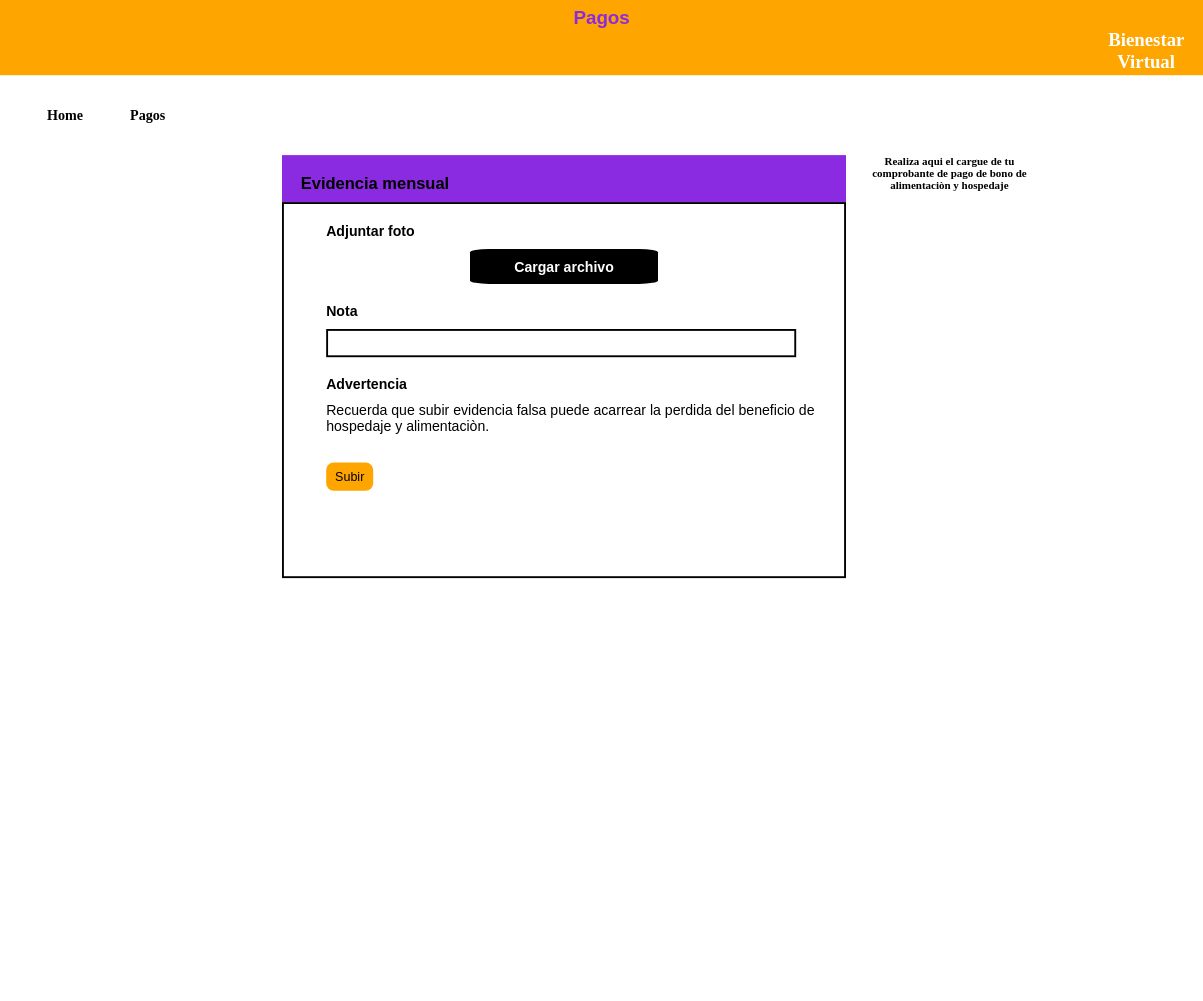
Repository: Diani123/Mis-actividades
Page: softwarebienestarinstitucional/pagos.html
An editor plug-in stored every save of this project. The page is shown before and after the next save, followed by the edit.
The browser window is 1280 px wide. The pictures show the whole page, at 94% of full size.

Above is the page before, as saved 2023-02-12 20:33:20.

### softwarebienestarinstitucional/pagos.html
<!DOCTYPE html>
<html lang="en">
  <head>
    <meta charset="UTF-8" />
    <meta http-equiv="X-UA-Compatible" content="IE=edge" />
    <meta name="viewport" content="width=device-width, initial-scale=1.0" />
    <link rel="stylesheet" href="./pagos.css" />
    <title>Document</title>
  </head>
  <body>
    <header>
      <div class="Encabezado">
        <h2 class="title1">Pagos</h2>
        <h2 class="title2">Bienestar</h2>
        <h2 class="title3">Virtual</h2>
      </div>
    </header>
    <div class="Items">
      <a href="./home.html" class="item"><h2 class="item-title">Home</h2></a>
      <a href="./pagos.html" class="item"><h2 class="item-title">Pagos</h2></a>
    </div>
    <div class="ContainerT">
      <div class="contenedor1">
      <div class="ContainerTitle">
        <h3 class="title4">Evidencia mensual</h3>
      </div>
      <div class="Container-dowload">
        <form
          action="../../form-result.php"
          method="post"
          enctype="multipart/form-data"
          target="_blank"
        >
          <p class="textt">Adjuntar foto</p>
          <br />

          <div class="custom-input-file col-md-6 col-sm-6 col-xs-6">
            <input
              type="file"
              id="fichero-tarifas"
              class="input-file"
              value=""
            />
            Cargar archivo
          </div>

          <p class="textt">Nota</p>
          <br />
          <section class="Section-nota">
            <input class="input3" type="text" name="" id="" />
          </section>
          <p class="textt">Advertencia</p>
          <br />
          <h2 class="advertencia">
            Recuerda que subir evidencia falsa puede acarrear la perdida del
            beneficio de hospedaje y alimentaciòn.
          </h2>
          <button class="boton">Subir</button>
        </form>
      </div>
      </div>
      <div class="contenedor2">
        <h3>Realiza aqui el cargue de tu comprobante de pago de bono de alimentaciòn y hospedaje</h3>
      </div>
    </div>

  </body>
</html>

### softwarebienestarinstitucional/pagos.css
* {
  margin: 0;
  padding: 0;
  box-sizing: border-box;
}
html {
  font-size: 62.5%;
}
html,
body {
  min-height: 100%;
}
.Encabezado {
  display: flex;
  flex-direction: column;
  width: 100%;
  height: 80px;
  background-color: orange;
}
.Items {
  display: flex;
  flex-direction: row;
  text-align: left;
  height: 50px;
  margin-top: 15px;
  margin-bottom: 20px;
}
.title1 {
  padding-top: 8px;
  text-align: center;
  font-size: 2rem;
  font-family: Arial, Helvetica, sans-serif;
  color: blueviolet;
}
.title2 {
  text-align: end;
  margin-right: 20px;
  font-size: 2rem;
  color: white;
}
.title3 {
  text-align: end;
  margin-right: 30px;
  font-size: 2rem;
  color: white;
  padding-top: px;
}
.item-title {
  padding-top: 20px;
  padding-left: 50px;
  color: black;
}
.item {
  text-decoration: none;
}
.item:hover {
  border-bottom: solid 2px orange;
  border-width: 2px;
}

.ContainerTitle {
  margin-left: 300px;
  height: 50px;
  width: 600px;
  background-color: blueviolet;
  padding-left: 20px;
  padding-top: 20px;
  font-size: 1.5rem;
  font-family: Arial, Helvetica, sans-serif;
}
.Container-dowload {
  margin-left: 300px;
  width: 600px;
  height: 400px;
  border: solid 2px black;
}
.ContainerT {
  display: grid;
  grid-template-columns: repeat(2, 1fr);
  grid-template-rows: repeat(2, 1fr);
  grid-column-gap: 0px;
  grid-row-gap: 0px;
}

.textt {
  margin-top: 20px;
  margin-left: 45px;
  font-size: 1.5rem;
  font-weight: 700;
  font-family: Arial, Helvetica, sans-serif;
}
.section1 {
  width: 500px;
  height: 80px;
  margin-left: 45px;
  border: solid 2px black;
  justify-content: center;
  align-items: center;
}

.input3 {
  width: 500px;
  height: 30px;
  margin-left: 45px;
  border: solid 2px black;
}
.advertencia {
  margin-left: 45px;
  font-weight: 100;
  font-family: Arial, Helvetica, sans-serif;
}
.boton {
  margin-top: 30px;
  margin-left: 45px;
  width: 50px;
  height: 30px;
  background-color: orange;
  border-radius: 8px;
  border: none;
  cursor: pointer;
}
.boton:hover {
  box-shadow: 0 0 20px blueviolet;
}
.custom-input-file {
  background-color: black;
  color: #fff;
  cursor: pointer;
  font-size: 1.5rem;
  font-weight: bold;
  margin: 0 auto 0;
  min-height: 15px;
  overflow: hidden;
  padding: 10px;
  position: relative;
  text-align: center;
  width: 200px;
  border-radius: 10%;
  font-family: Arial, Helvetica, sans-serif;
}

.custom-input-file .input-file {
  border: 10000px solid transparent;
  cursor: pointer;
  font-size: 10000px;
  margin: 0;
  opacity: 0;
  outline: 0 none;
  padding: 0;
  position: absolute;
  right: -1000px;
  top: -1000px;
}
.contenedor2{
  width: 200px;
  height: 50px;
  padding-left: 20px;
  text-align: center;
}

After the next save:
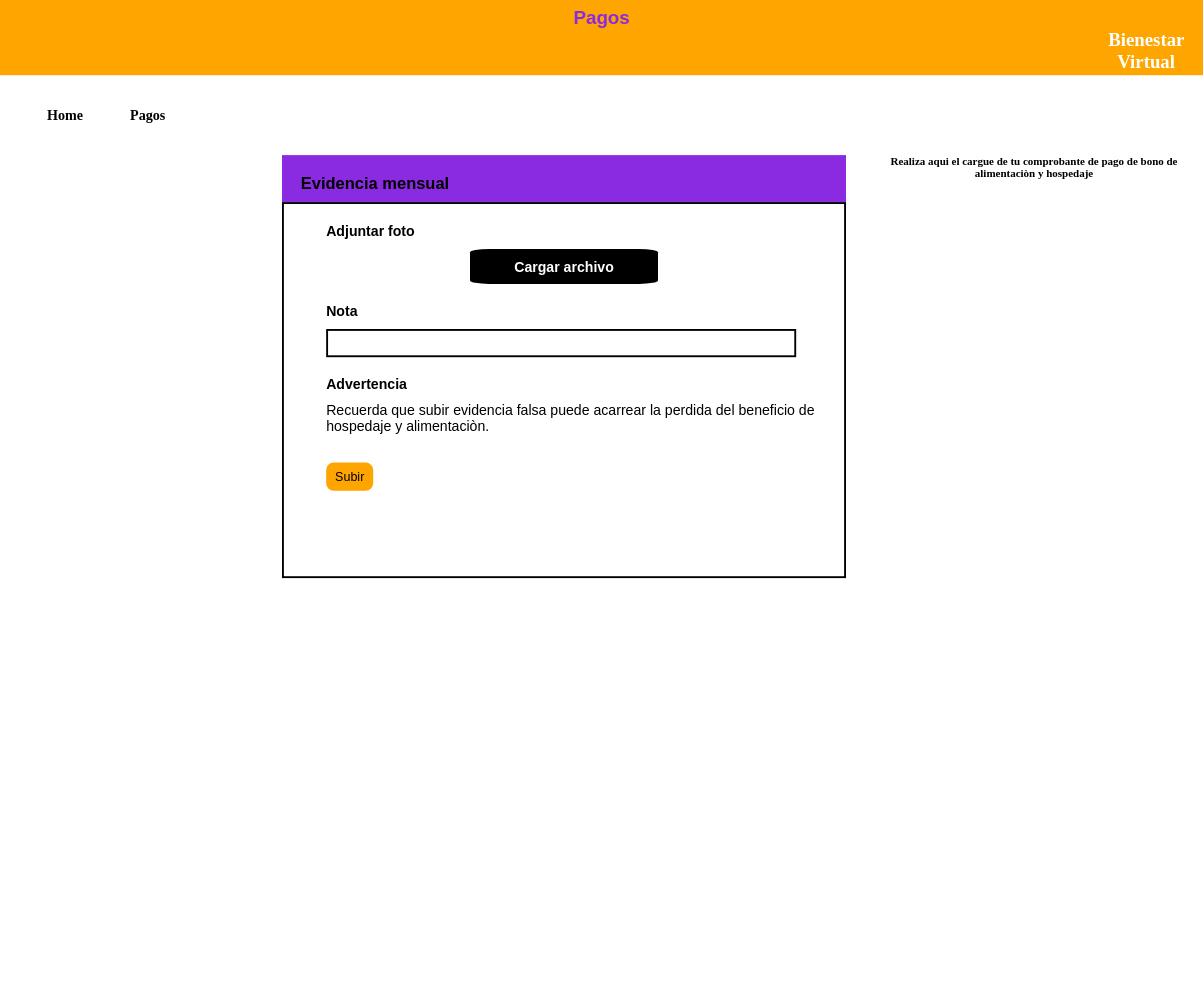
Saved 13 s later.
--- a/softwarebienestarinstitucional/pagos.css
+++ b/softwarebienestarinstitucional/pagos.css
@@ -151,7 +151,7 @@ body {
   right: -1000px;
   top: -1000px;
 }
-.contenedor2{
+.contenedor2{ç
   width: 200px;
   height: 50px;
   padding-left: 20px;
